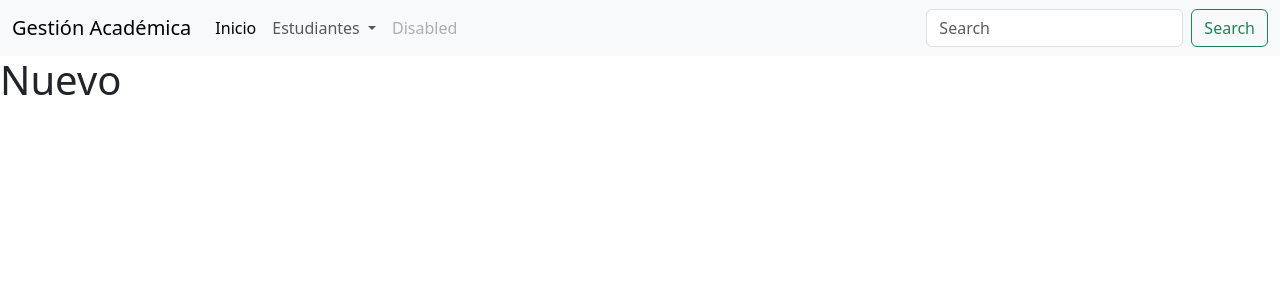
Repository: cesartomedes/frontacademico
Page: /#/createE
An editor plug-in stored every save of this project. The page is shown before and after the next save, followed by the edit.
The browser window is 1280 px wide. The pictures show the whole page.
The project was rebuilt for these pictures with package versions that can differ from the ones it lists, and the page was loaded fresh each time. Also part of the build but not shown: vue.config.js, src/components/HelloWorld.vue, src/views/HomeView.vue, src/views/EstudianteEdit.vue, src/views/EstudianteView.vue.

Above is the page before, as saved 2023-10-24 15:24:35.

### src/main.js
import { createApp } from 'vue'
import App from './App.vue'
import router from './router'
import store from './store'
import '@fortawesome/fontawesome-free/css/all.min.css'
import 'bootstrap/dist/css/bootstrap.css'


createApp(App).use(store).use(router).mount('#app')

import 'bootstrap/dist/js/bootstrap'

### src/App.vue
<template>
      <nav class="navbar navbar-expand-lg bg-body-tertiary">
        <div class="container-fluid">
          <a class="navbar-brand" href="#">Gestión Académica</a>
          <button class="navbar-toggler" type="button" data-bs-toggle="collapse" data-bs-target="#navbarSupportedContent" aria-controls="navbarSupportedContent" aria-expanded="false" aria-label="Toggle navigation">
            <span class="navbar-toggler-icon"></span>
          </button>
          <div class="collapse navbar-collapse" id="navbarSupportedContent">
            <ul class="navbar-nav me-auto mb-2 mb-lg-0">
              <li class="nav-item">
                <a class="nav-link active" aria-current="page" href="#">Inicio</a>
              </li>

              <li class="nav-item dropdown">
                <a class="nav-link dropdown-toggle" href="#" role="button" data-bs-toggle="dropdown" aria-expanded="false">
                  Estudiantes
                </a>
                <ul class="dropdown-menu">

                  <li>
                    <router-link class="dropdown-item" to="/">Listar Estudiantes</router-link>
                  </li>

                  <li>
                    <router-link class="dropdown-item" to="/createE">Registrar Nuevo</router-link>
                  </li>
                  <li><hr class="dropdown-divider"></li>
                  <li><a class="dropdown-item" href="#">Something else here</a></li>
                </ul>
              </li>
              <li class="nav-item">
                <a class="nav-link disabled" aria-disabled="true">Disabled</a>
              </li>
            </ul>
            <form class="d-flex" role="search">
              <input class="form-control me-2" type="search" placeholder="Search" aria-label="Search">
              <button class="btn btn-outline-success" type="submit">Search</button>
            </form>
          </div>
        </div>
</nav>
  <router-view/>
</template>

### src/router/index.js
import { createRouter, createWebHashHistory } from 'vue-router'
import HomeView from '../views/HomeView.vue'
import EstudianteNew from '../views/EstudianteNew.vue'
import EstudianteEdit from '../views/EstudianteEdit.vue'
import EstudianteView from '../views/EstudianteView.vue'

const routes = [
  {
    path: '/',
    name: 'home',
    component: HomeView
  },

  {
    path: '/createE',
    name: 'createE',
    component: EstudianteNew
  },

  {
    path: '/editE/:id',
    name: 'editE',
    component: EstudianteEdit
  },

  {
    path: '/viewE/:id',
    name: 'viewE',
    component: EstudianteView
  }
]

const router = createRouter({
  history: createWebHashHistory(),
  routes
})

export default router

### src/views/EstudianteNew.vue
<template>
    <div class="about">
      <h1>Nuevo</h1>
    </div>
</template>

Loaded but not shown: public/index.html (common file); src/store/index.js (common file)

After the next save:
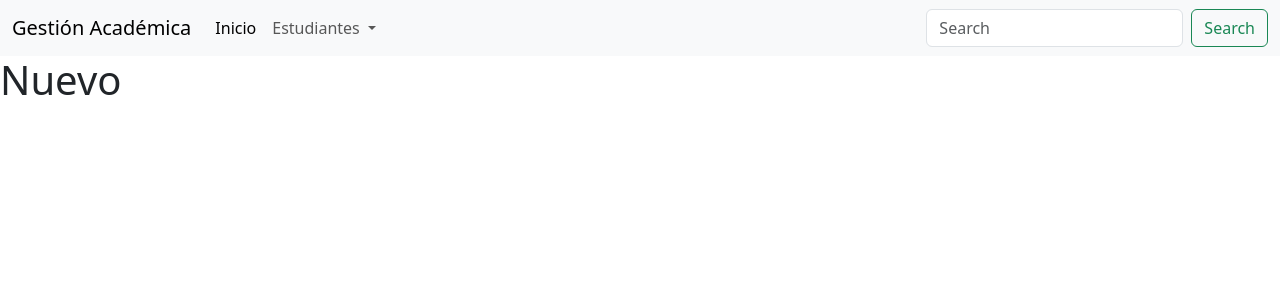
Saved 6 min 1 s later.
--- a/src/App.vue
+++ b/src/App.vue
@@ -28,9 +28,6 @@
                   <li><a class="dropdown-item" href="#">Something else here</a></li>
                 </ul>
               </li>
-              <li class="nav-item">
-                <a class="nav-link disabled" aria-disabled="true">Disabled</a>
-              </li>
             </ul>
             <form class="d-flex" role="search">
               <input class="form-control me-2" type="search" placeholder="Search" aria-label="Search">
